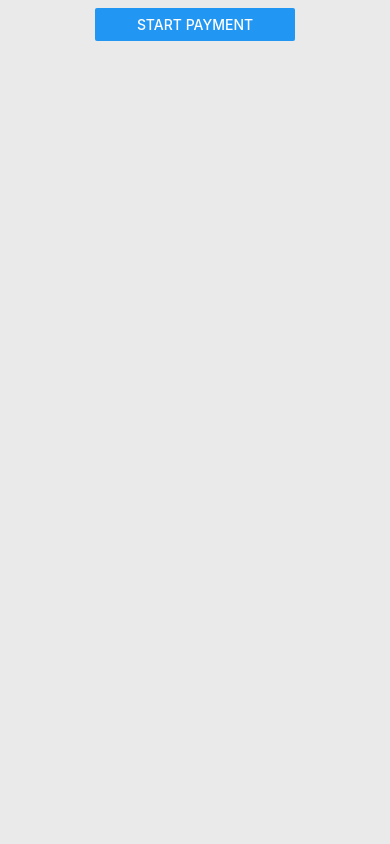
Repository: cashfree/pg-platform-custom-checkout
Screen: / (app in ReactNativeCustomCheckout/)
The author's editor kept a copy of each file at every save. The screen is drawn from the files as they stood at one save, then again after the next save.
The app was drawn by React Native's web renderer in a window 390 px wide. The project was rebuilt for these pictures with package versions that can differ from the ones it lists, and the page was loaded fresh each time.

Above is the screen before, as saved 2023-02-20 00:36:18.

After the next save:
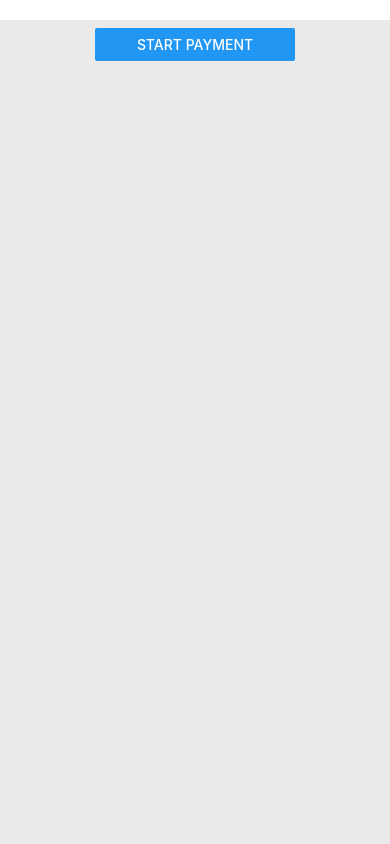
Saved 15 min 23 s later.
--- a/ReactNativeCustomCheckout/App.tsx
+++ b/ReactNativeCustomCheckout/App.tsx
@@ -34,6 +34,7 @@ const styles = StyleSheet.create({
     alignItems: 'center',
     flexDirection: 'column',
     flex: 1,
+    marginTop: 20,
   },
   button: {
     color: '#61aafb',
